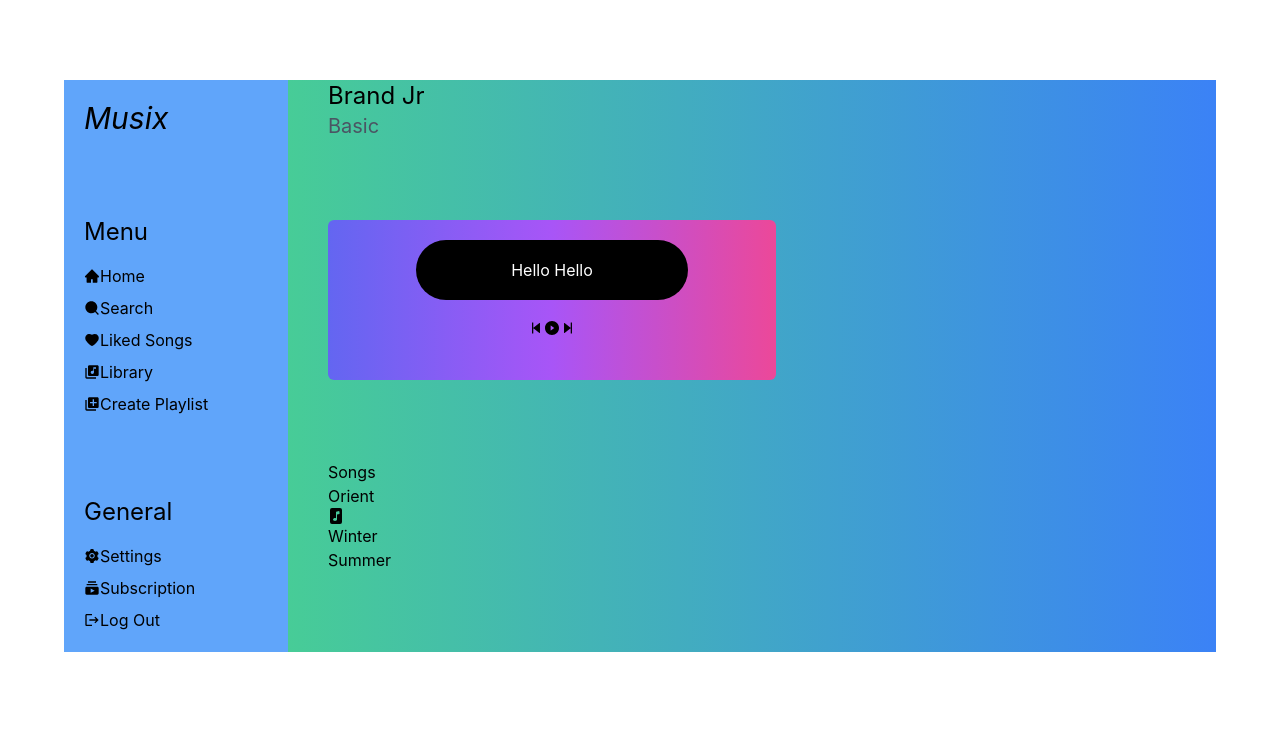
Repository: brandford7/music-player
Page: /
An editor plug-in stored every save of this project. The page is shown before and after the next save, followed by the edit.
The browser window is 1280 px wide. The pictures show the whole page.
The project was rebuilt for these pictures with package versions that can differ from the ones it lists, and the page was loaded fresh each time. The framework's server and built-in components were replaced by stand-ins that run in the browser. Also part of the build but not shown: next.config.js.

Above is the page before, as saved 2022-11-18 12:52:42.

### pages/index.js
import Head from "next/head";
import Image from "next/image";
import { MusicCard, Sidebar, SongList, UserAvatar } from "../components";

export default function Home() {
  return (
    <div className="flex mx-auto max-w-6xl my-20 space-x-10 bg-gradient-to-r from-green-400 to-blue-500">
      <Head>
        <title>Music Player</title>
        <meta name="description" content="Generated by create next app" />
        <link rel="icon" href="/favicon.ico" />
      </Head>
      <aside>
        <Sidebar />
      </aside>
      <main className="flex flex-col flex-1 space-y-20">
        <UserAvatar name="Brand Jr" subscription="Basic" />
        <MusicCard title="Hello Hello" />
        <SongList />
      </main>
    </div>
  );
}

### styles/globals.css
@tailwind base;
@tailwind components;
@tailwind utilities;



html,
body {
  padding: 0;
  margin: 0;
  font-family: -apple-system, BlinkMacSystemFont, Segoe UI, Roboto, Oxygen,
    Ubuntu, Cantarell, Fira Sans, Droid Sans, Helvetica Neue, sans-serif;
}

a {
  color: inherit;
  text-decoration: none;
}

* {
  box-sizing: border-box;
}

@media (prefers-color-scheme: dark) {
  html {
    color-scheme: dark;
  }
  body {
    color: white;
    background: black;
  }
}

### components/index.js
export { default as Sidebar } from './Sidebar';
export { default as UserAvatar } from './UserAvatar';
export { default as MusicCard } from './MusicCard';
export { default as MusicButton } from './MusicButton';
export { default as SongList } from './SongList';

### components/Sidebar.jsx
import React from "react";
import { AiFillHome, AiFillHeart, AiFillSetting } from "react-icons/ai";
import {
  MdLibraryMusic,
  MdLibraryAdd,
  MdLogout,
  MdSubscriptions,
} from "react-icons/md";
import { RiSearchFill } from "react-icons/ri";

const Sidebar = () => {
  return (
    <div className="flex flex-col space-y-20 bg-blue-400 p-5  w-56">
      <section>
        <h1 className="text-3xl italic">Musix</h1>
      </section>
      <section>
        <h2 className="mb-4 text-2xl">Menu</h2>
        <ul className="space-y-2">
          <li className="flex items-center ">
            <AiFillHome />
            Home
          </li>
          <li className="flex items-center ">
            <RiSearchFill />
            Search
          </li>
          <li className="flex items-center ">
            <AiFillHeart />
            Liked Songs
          </li>
          <li className="flex items-center ">
            <MdLibraryMusic />
            Library
          </li>
          <li className="flex items-center ">
            <MdLibraryAdd />
            Create Playlist
          </li>
        </ul>
      </section>
      <section>
        <h2 className="mb-4 text-2xl">General</h2>
        <ul className="space-y-2">
          <li className="flex items-center ">
            <AiFillSetting />
            Settings
          </li>
          <li className="flex items-center ">
            <MdSubscriptions />
            Subscription
          </li>
          <li className="flex items-center ">
            <MdLogout />
            Log Out
          </li>
        </ul>
      </section>
    </div>
  );
};

export default Sidebar;

### components/UserAvatar.jsx
import React from "react";

const UserAvatar = ({ image, name, subscription }) => {
  return (
    <div className="flex flex-col">
      <img src={image} alt="" />
      <h2 className="text-2xl">{name}</h2>
      <p className="text-gray-600 text-xl"> {subscription}</p>
    </div>
  );
};

export default UserAvatar;

### components/MusicCard.jsx
import React from "react";
import MusicButton from "./MusicButton";
import {
  AiFillPlayCircle,
  AiFillStepBackward,
  AiFillStepForward,
} from "react-icons/ai";

const MusicCard = ({ title }) => {
  return (
    <div className=" flex flex-col items-center space-y-5 p-5 max-w-md rounded-md h-40 w-4/5 bg-gradient-to-r from-indigo-500 via-purple-500 to-pink-500">
      <section className="flex items-center justify-center rounded-full h-2/4 w-2/3 bg-black text-white">
        {title}
      </section>
      <section className="flex items-center justify-center">
        <MusicButton icon={<AiFillStepBackward />} />
        <MusicButton icon={<AiFillPlayCircle />} />
        <MusicButton icon={<AiFillStepForward />} />
      </section>
    </div>
  );
};

export default MusicCard;

### components/MusicButton.jsx
import React from 'react'

const MusicButton = ({icon}) => {
  return (
      <div>{icon}</div>
  )
}

export default MusicButton

### components/SongList.jsx
import React from "react";
import {BsFillFileMusicFill} from "react-icons/bs"

const SongList = () => {
  return (
    <div>
      <h1>Songs</h1>
      <section>
        <ul className="flex flex-col">
          <li>Orient</li>
                  <li><BsFillFileMusicFill/>Winter</li>
                  <li>Summer</li>
        </ul>
      </section>
    </div>
  );
};

export default SongList;

Loaded but not shown: pages/_app.js (common file); tailwind.config.js (common file)

After the next save:
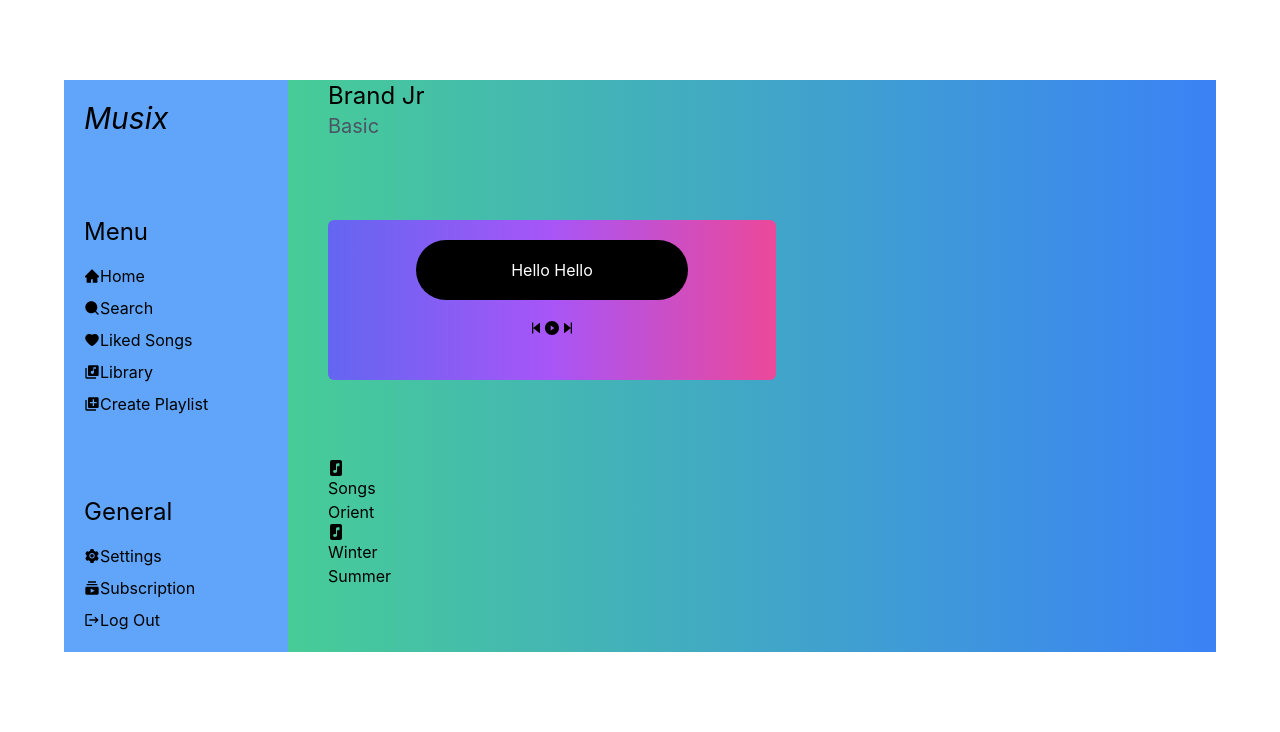
Saved 4 s later.
--- a/components/SongList.jsx
+++ b/components/SongList.jsx
@@ -4,12 +4,18 @@ import {BsFillFileMusicFill} from "react-icons/bs"
 const SongList = () => {
   return (
     <div>
-      <h1>Songs</h1>
+      <h1>
+        <BsFillFileMusicFill />
+        Songs
+      </h1>
       <section>
         <ul className="flex flex-col">
           <li>Orient</li>
-                  <li><BsFillFileMusicFill/>Winter</li>
-                  <li>Summer</li>
+          <li>
+            <BsFillFileMusicFill />
+            Winter
+          </li>
+          <li>Summer</li>
         </ul>
       </section>
     </div>
